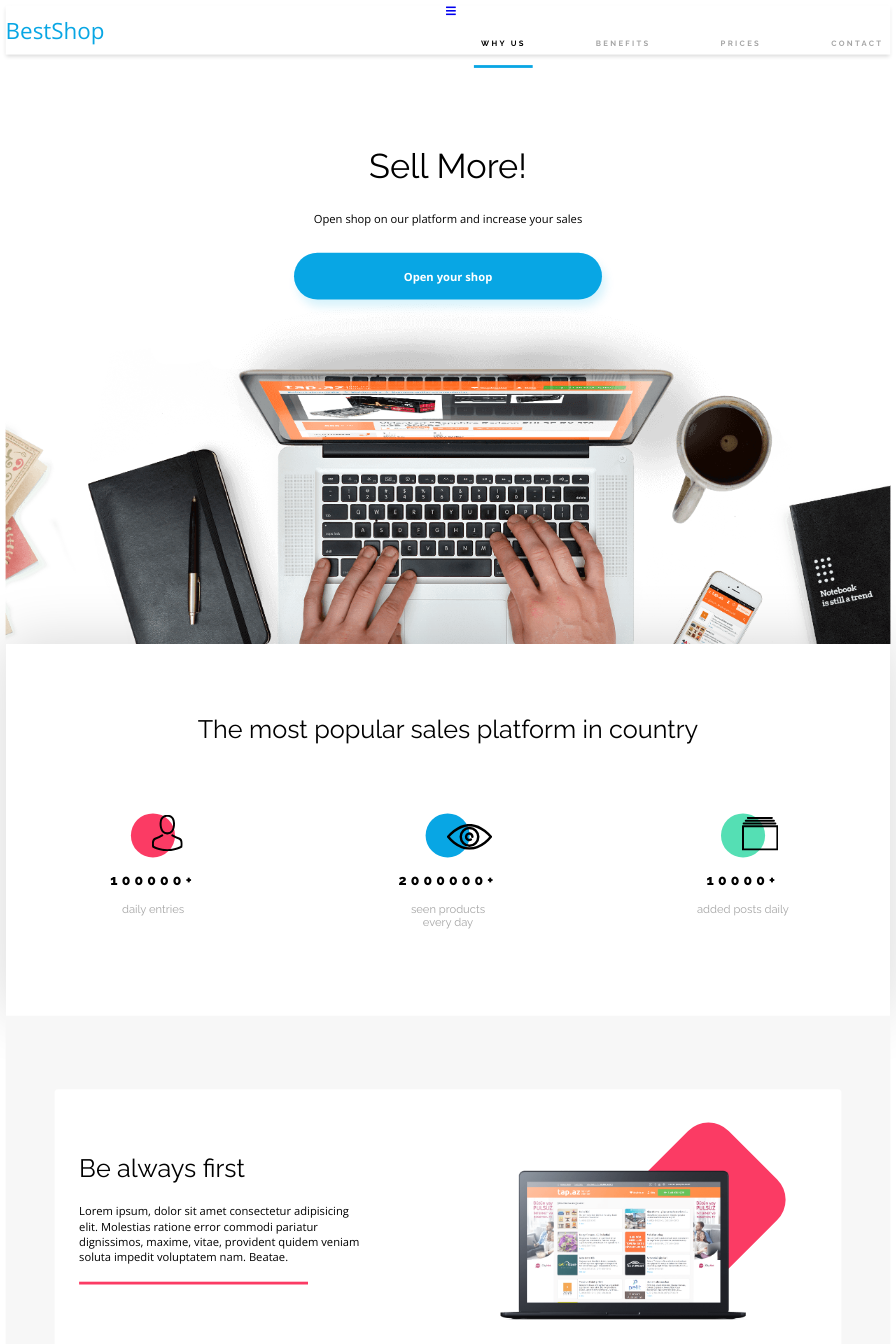
Repository: insolt/BestShop
Page: index.html
These files come from the project's save history. The page is drawn as it stood at one moment and after the next save; the edit follows.
The browser window is 1280 px wide. The pictures show the part of the page from y = 0 to 1920 px (the page is 4358 px tall), at 70% of full size.
The style sheet was rebuilt from its Sass, Less or Tailwind sources for each picture, by a compiler version that may differ from the author's.

Above is the page before, as saved 2020-09-16 13:26:26.

### index.html
<!DOCTYPE html>
<html lang="en">

<head>
    <meta charset="UTF-8">
    <meta name="viewport" content="width=device-width, initial-scale=1.0">
    <meta name="description" content="BestShop offers online shops managing services. Market leading company, the most experienced team in Europe, flexible customer approach. We change your ideas into profitable business">
    <meta name="keywords" content="BestShop, online shopping, shop, service, managing, customer">
    <meta name="author" content="Michal Bornikowski">
    <!--tags for IE-->
    <meta http-equiv="X=Ua-Compatible" content="IE=egde,chrome-1">
    <title>BestShop</title>
    <link href="https://fonts.googleapis.com/css2?family=Open+Sans:wght@300;400;700&family=Raleway:wght@300;400;700;800&display=swap" rel="stylesheet">
    <link rel="stylesheet" href="css/main.css">
    <link rel="stylesheet" href="https://use.fontawesome.com/releases/v5.7.2/css/all.css" integrity="sha384-fnmOCqbTlWIlj8LyTjo7mOUStjsKC4pOpQbqyi7RrhN7udi9RwhKkMHpvLbHG9Sr" crossorigin="anonymous">
    <link rel="icon" href="favicon.ico">
</head>

<body>

    <header class="page-header">
        <div class="container">
            <p class="page-header__logo">
                BestShop
            </p>
            <nav class="page-header__nav">
                <div class="page-header__mobile-menu--hamburger-icon">
                    <a href="#open-menu" class="page-header__mobile-menu--hamburger-icon-link"><span  class="fas fa-bars"></span></a>
                </div>

                <ul class="page-header__nav--list">
                    <li class="page-header__nav--el">
                        <a href="#" class="page-header__nav--link header__nav--active">Why us</a>
                    </li>
                    <li class="page-header__nav--el">
                        <a href="#benefits" class="page-header__nav--link">Benefits</a>
                    </li>
                    <li class="page-header__nav--el">
                        <a href="#prices" class="page-header__nav--link">Prices</a>
                    </li>
                    <li class="page-header__nav--el">
                        <a href="#contact" class="page-header__nav--link">Contact</a>
                    </li>
                </ul>



            </nav>
        </div>


    </header>

    <section class="section-opening">
        <div class="container">
            <h1 class="section-opening__title">
                Sell More!
            </h1>
            <p class="section-opening__text">
                Open shop on our platform and increase your sales
            </p>
            <a href="" class="section-opening__link">
                Open your shop
            </a>
        </div>
    </section>

    <section class="section-stats">
        <div class="container">
            <h2 class="section-stats__title">
                The most popular sales platform in country
            </h2>
            <div class="section-stats__selection">
                <div class="section-stats__box">
                    <div class="section-stats__box--icon stats__icon--person"></div>
                    <p class="section-stats__box--value">
                        100000+
                    </p>
                    <p class="section-stats__box--note">
                        daily entries
                    </p>
                </div>
                <div class="section-stats__box">
                    <div class="section-stats__box--icon stats__icon--eye"></div>
                    <p class="section-stats__box--value">
                        2000000+
                    </p>
                    <p class="section-stats__box--note">
                        seen products every day
                    </p>
                </div>
                <div class="section-stats__box ">
                    <div class="section-stats__box--icon stats__icon--catalog"></div>
                    <p class="section-stats__box--value ">
                        10000+
                    </p>
                    <p class="section-stats__box--note">
                        added posts daily
                    </p>
                </div>
            </div>
        </div>
    </section>

    <section class="articles">
        <div class="container">
            <article class="article-top">
                <div class="article-top__content">
                    <h2 class="article-top__title">
                        Be always first
                    </h2>
                    <p class="article-top__text">
                        Lorem ipsum, dolor sit amet consectetur adipisicing elit. Molestias ratione error commodi pariatur dignissimos, maxime, vitae, provident quidem veniam soluta impedit voluptatem nam. Beatae.
                    </p>
                </div>
                <div class="article-top__aside">
                    <div class="article-top__aside--bg">
                    </div>
                    <div class="article-top__aside--photo">
                    </div>
                </div>
            </article>
            <article class="article-medium">
                <div class="article-medium__aside">
                    <div class="article-medium__aside--bg">
                    </div>
                    <div class="article-medium__aside--photo">
                    </div>
                </div>
                <div class="article-medium__content">
                    <h2 class="article-medium__title">
                        Your shop is where you are!
                    </h2>
                    <p class="article-medium__text">
                        Lorem ipsum, dolor sit amet consectetur adipisicing elit. Molestias ratione error commodi pariatur dignissimos, maxime, vitae, provident quidem veniam soluta impedit voluptatem nam. Beatae.
                    </p>
                </div>
            </article>
            <artlicle class="article-bottom">
                <div class="article-bottom__galley">
                    <div class="article-bottom__galley--content">
                        <h2 class="article-bottom__galley--title">
                            Increase recognition your brand!
                        </h2>
                        <p class="article-bottom__galley--text">
                            Lorem ipsum, dolor sit amet consectetur adipisicing elit. Molestias ratione error commodi pariatur dignissimos, maxime, vitae, provident quidem veniam soluta impedit voluptatem nam. Beatae.
                        </p>
                    </div>
                </div>
                <div class="article-bottom__trumpet">
                    <div class="article-bottom__trumpet--bg">
                    </div>
                    <div class="article-bottom__trumpet--photo">
                    </div>
                </div>
            </artlicle>
        </div>
    </section>

    <section class="section-pricing">
        <div class="container">
            <div class="section-pricing__offer">
                <h2 class="section-pricing__offer--title">
                    Pricing
                </h2>
                <div class="section-pricing__offer--content">
                    <div class="section-pricing__offer-basic">
                        <div class="section-pricing__offer-basic--top">
                            <h3 class="section-pricing__offer-basic--title">
                                Basic
                            </h3>
                            <p class="section-pricing__offer-basic--price">
                                $0
                            </p>
                        </div>
                        <ul class="section-pricing__offer-basic--list">
                            <li class="section-pricing__offer-basic--item">
                                100 MB HDD
                            </li>
                            <li class="section-pricing__offer-basic--item">
                                1 Subdomain
                            </li>
                            <li class="section-pricing__offer-basic--item">
                                2 E-mails
                            </li>
                            <li class="section-pricing__offer-basic--item">
                                Two years license
                            </li>
                            <li class="section-pricing__offer-basic--item">
                                Full support
                            </li>
                        </ul>
                        <a href="" class="section-pricing__offer-basic--confirm">Begin</a>
                    </div>
                    <div class="section-pricing__offer-professional">
                        <div class="section-pricing__offer-profesional--top">
                            <h3 class="section-pricing__offer-professional--title">
                                Professional
                            </h3>
                            <p class="section-pricing__offer-professional--price">
                                $25
                            </p>
                            <p class="section-pricing__offer-professional--note">
                                Limited offer
                            </p>
                        </div>
                        <ul class="section-pricing__offer-professional--list">
                            <li class="section-pricing__offer-professional--item">
                                500 MB HDD
                            </li>
                            <li class="section-pricing__offer-professional--item">
                                2 Subdomain
                            </li>
                            <li class="section-pricing__offer-professional--item">
                                5 E-mails
                            </li>
                            <li class="section-pricing__offer-professional--item">
                                One year license
                            </li>
                            <li class="section-pricing__offer-professional--item">
                                Full support
                            </li>
                        </ul>
                        <a href=" " class="section-pricing__offer-professional--confirm">Begin</a>
                    </div>
                    <div class="section-pricing__offer-premium">
                        <div class="section-pricing__offer-premium--top">
                            <h3 class="section-pricing__offer-premium--title">
                                Premium
                            </h3>
                            <p class="section-pricing__offer-premium--price">
                                $60
                            </p>
                            <p class="section-pricing__offer-premium--note">
                                Limited offer
                            </p>
                        </div>
                        <ul class="section-pricing__offer-premium--list">
                            <li class="section-pricing__offer-premium--item">
                                2 GB HDD
                            </li>
                            <li class="section-pricing__offer-premium--item">
                                5 Subdomain
                            </li>
                            <li class="section-pricing__offer-premium--item">
                                20 E-mails
                            </li>
                            <li class="section-pricing__offer-premium--item">
                                Two years license
                            </li>
                            <li class="section-pricing__offer-premium--item">
                                Full support
                            </li>
                        </ul>
                        <a href=" " class="section-pricing__offer-premium--confirm">Begin</a>
                    </div>
                </div>
            </div>
        </div>
    </section>

    <section class="form">
        <div class="container">
            <div class="form__contact-details">
                <h2 class="form__contact-detail--title">
                    Any questions?
                </h2>
                <p class="form__contact-detail--text">
                    Leave your email address or call us!
                </p>
                <ul class="form__contact-detail--list">
                    <li class="form__contact-detail--item">
                        info@bestshop.xyz
                    </li>
                    <li class="form__contact-detail--item">
                        123 456 789
                    </li>
                </ul>
            </div>
            <div class="form__user-details">
                <form action="" class="form__user-details--form">
                    <div class="form__user-details--form-inputs">
                        <div class="form__user-details--name">
                            <label for="name" class="form__user-details--name-label">Name</label>
                            <input class="form__user-details--name-input" type="text" id="name" name="name" placeholder="">
                        </div>
                        <div class="form__user-details--email">
                            <label for="email" class="form__user-details--email-label">Email</label>
                            <input class="form__user-details--email-input" type="text" id="emaile" name="email" placeholder="">
                        </div>
                    </div>
                    <div class="form__user-details--checkbox">
                        <input type="checkbox" class="form__user-details--checkbox-input" name="regulation" id="regulation">
                        <label for="regulation" class="form__user-details--checkbox-label">I hereby give consent for my personal data included in my application to be processed for the purposes of the recruitment process under the European Parliament's and Council of the European Union Regulation on the Protection of Natural Persons as of 27 April 2016, with regard to the processing of personal data and of the free movement of such data, and repealing Directive 95/46/EC (Data Protection Directive)</label>
                    </div>
                    <div class="form__user-details--btn">
                        <button type="submit" class="form__user-details--btn-submit">Send</button>
                    </div>
                </form>
            </div>
        </div>
    </section>

    <footer class="page-footer">
        <div class="container">
            <div class="page-footer__despcription">
                <p class="page-footer__logo">
                    BestShop
                </p>
                <p class="page-footer__copyrights">
                    &copy; 2019 BestShop LTD, All Rights Reserved
                </p>
            </div>
            <div class="page-footer__links">
                <a href="https://www.twitter.com" class="page-footer__twitter">
                    <img src="assets/twitter.svg" class="page-footer__twitter-icon">
                </a>
                <a href="https://www.facebook.com" class="page-footer__facebook">
                    <img src="assets/facebook.svg" class="page-footer__facebook-icon">
                </a>
            </div>
        </div>
    </footer>
</body>

</html>

Loaded but not shown: scss/main.scss (964 lines, source omitted)

After the next save:
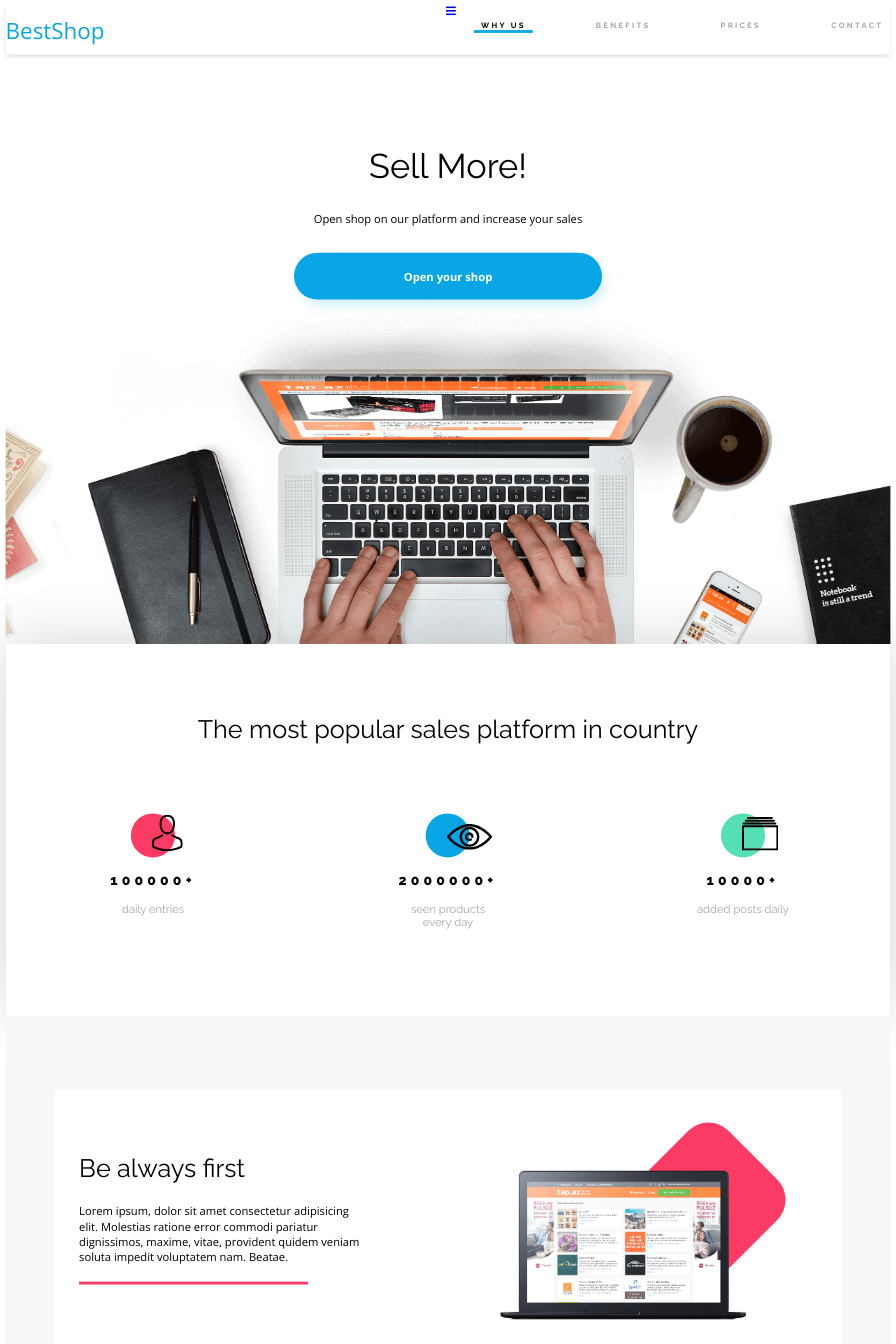
Saved 2 min 48 s later.
--- a/index.html
+++ b/index.html
@@ -24,26 +24,27 @@
                 BestShop
             </p>
             <nav class="page-header__nav">
-                <div class="page-header__mobile-menu--hamburger-icon">
-                    <a href="#open-menu" class="page-header__mobile-menu--hamburger-icon-link"><span  class="fas fa-bars"></span></a>
-                </div>
-
-                <ul class="page-header__nav--list">
-                    <li class="page-header__nav--el">
-                        <a href="#" class="page-header__nav--link header__nav--active">Why us</a>
-                    </li>
-                    <li class="page-header__nav--el">
-                        <a href="#benefits" class="page-header__nav--link">Benefits</a>
-                    </li>
-                    <li class="page-header__nav--el">
-                        <a href="#prices" class="page-header__nav--link">Prices</a>
-                    </li>
-                    <li class="page-header__nav--el">
-                        <a href="#contact" class="page-header__nav--link">Contact</a>
-                    </li>
-                </ul>
-
-
+                <div class="page-header__nav--flex">
+                    <div class="page-header__mobile-menu--hamburger-icon">
+                        <a href="#open-menu" class="page-header__mobile-menu--hamburger-icon-link"><span  class="fas fa-bars"></span></a>
+                    </div>
+
+                    <ul class="page-header__nav--list">
+                        <li class="page-header__nav--el">
+                            <a href="#" class="page-header__nav--link header__nav--active">Why us</a>
+                        </li>
+                        <li class="page-header__nav--el">
+                            <a href="#benefits" class="page-header__nav--link">Benefits</a>
+                        </li>
+                        <li class="page-header__nav--el">
+                            <a href="#prices" class="page-header__nav--link">Prices</a>
+                        </li>
+                        <li class="page-header__nav--el">
+                            <a href="#contact" class="page-header__nav--link">Contact</a>
+                        </li>
+                    </ul>
+
+                </div>
 
             </nav>
         </div>

After the 2 saves that followed:
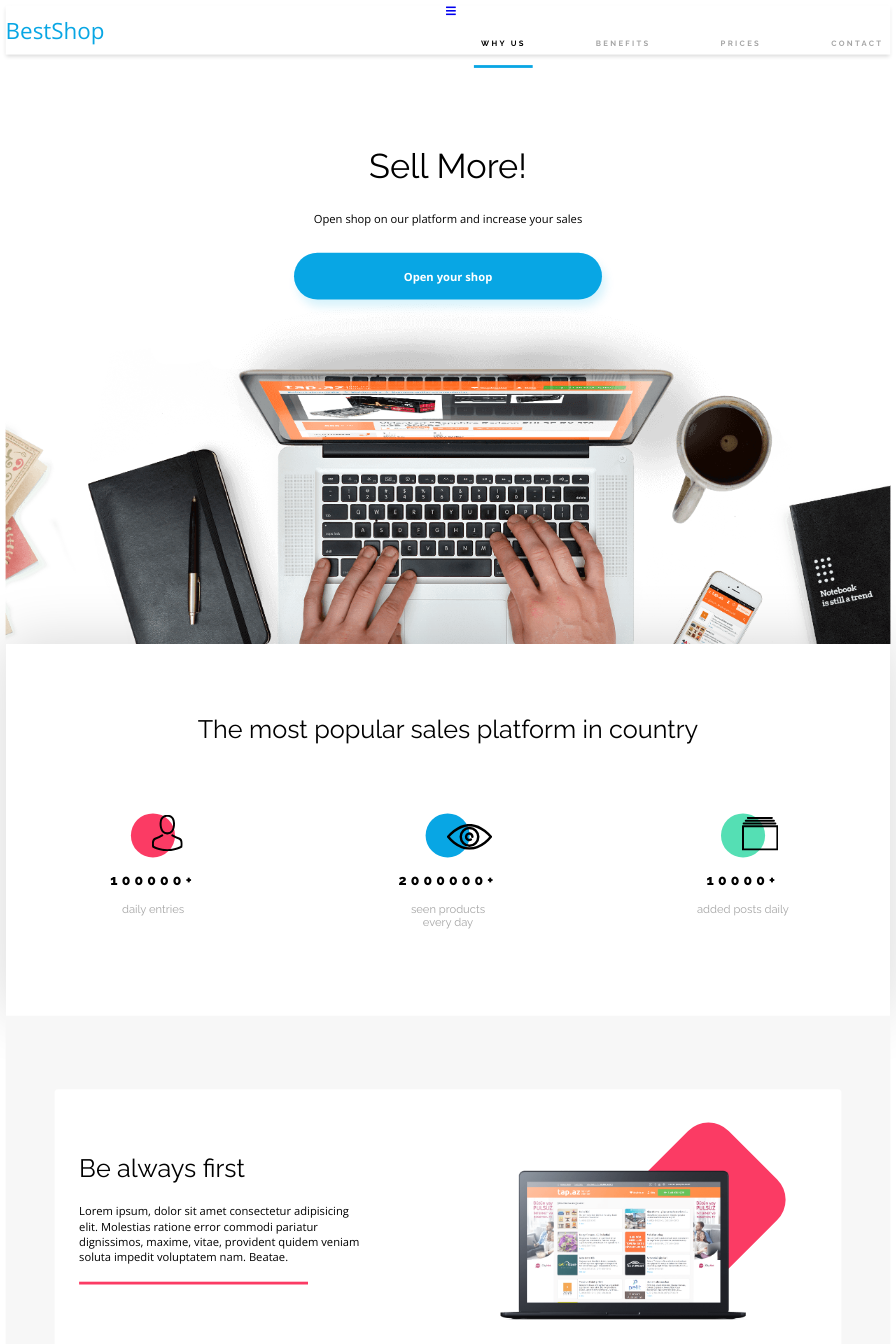
The 2 saves are shown as one change because 1 left the picture as it was.
The last was saved 2 min 39 s later.
--- a/index.html
+++ b/index.html
@@ -24,27 +24,27 @@
                 BestShop
             </p>
             <nav class="page-header__nav">
-                <div class="page-header__nav--flex">
-                    <div class="page-header__mobile-menu--hamburger-icon">
-                        <a href="#open-menu" class="page-header__mobile-menu--hamburger-icon-link"><span  class="fas fa-bars"></span></a>
-                    </div>
-
-                    <ul class="page-header__nav--list">
-                        <li class="page-header__nav--el">
-                            <a href="#" class="page-header__nav--link header__nav--active">Why us</a>
-                        </li>
-                        <li class="page-header__nav--el">
-                            <a href="#benefits" class="page-header__nav--link">Benefits</a>
-                        </li>
-                        <li class="page-header__nav--el">
-                            <a href="#prices" class="page-header__nav--link">Prices</a>
-                        </li>
-                        <li class="page-header__nav--el">
-                            <a href="#contact" class="page-header__nav--link">Contact</a>
-                        </li>
-                    </ul>
-
-                </div>
+
+                <div class="page-header__mobile-menu--hamburger-icon">
+                    <a href="#open-menu" class="page-header__mobile-menu--hamburger-icon-link"><span  class="fas fa-bars"></span></a>
+                </div>
+
+                <ul class="page-header__nav--list">
+                    <li class="page-header__nav--el">
+                        <a href="#" class="page-header__nav--link header__nav--active">Why us</a>
+                    </li>
+                    <li class="page-header__nav--el">
+                        <a href="#benefits" class="page-header__nav--link">Benefits</a>
+                    </li>
+                    <li class="page-header__nav--el">
+                        <a href="#prices" class="page-header__nav--link">Prices</a>
+                    </li>
+                    <li class="page-header__nav--el">
+                        <a href="#contact" class="page-header__nav--link">Contact</a>
+                    </li>
+                </ul>
+
+
 
             </nav>
         </div>
